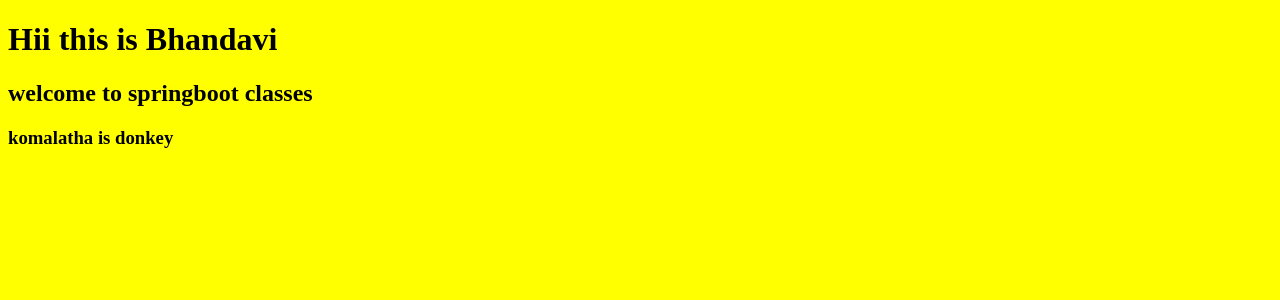
Repository: Bhandavi123/SpringPrograms
Page: SpringBootEx1/src/main/webapp/data.html
The author's editor kept a copy of each file at every save. The page is drawn from the files as they stood at one save, then again after the next save.
The browser window is 1280 px wide. The pictures show the whole page.

Above is the page before, as saved 2024-03-19 09:31:45.

After the next save:
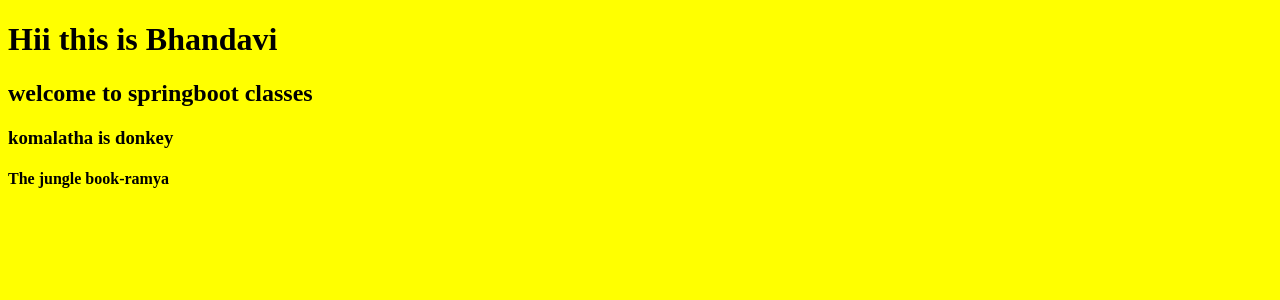
Saved 64 s later.
--- a/SpringBootEx1/src/main/webapp/data.html
+++ b/SpringBootEx1/src/main/webapp/data.html
@@ -8,6 +8,7 @@
    <h1>Hii this is Bhandavi</h1>
    <h2>welcome to springboot classes</h2>
    <h3>komalatha is donkey</h3>
+   <h4>The jungle book-ramya</h4>
 
 </body>
 </html>
